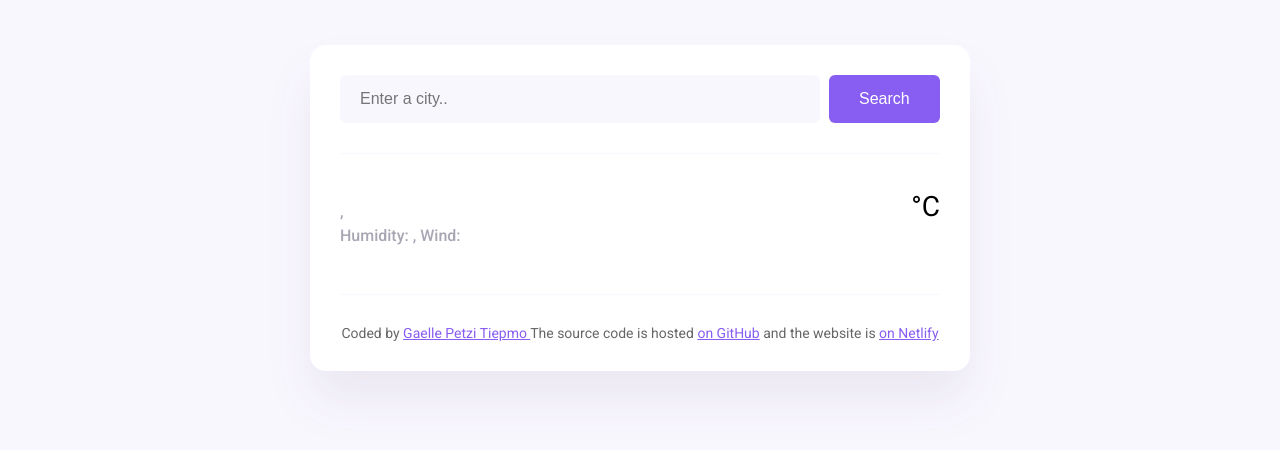
Repository: OnwardForward/meteo.by.gaelle
Page: meteo.appbygaelle.html
These files come from the project's save history. The page is drawn as it stood at one moment and after the next save; the edit follows.
The browser window is 1280 px wide. The pictures show the whole page.
The page's requests for data from a server got no answer. Some web libraries are served in a nearby version.

Above is the page before, as saved 2024-04-22 18:48:56.
Console error (its wording comes from the project's code and is left out).

After the next save:
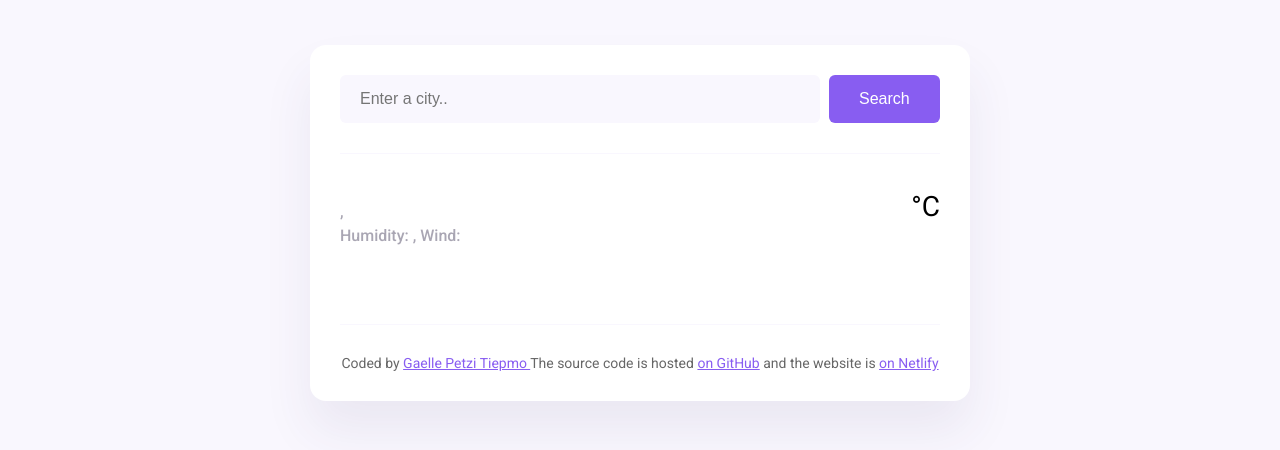
Saved 2 min 41 s later.
--- a/src/styles.css
+++ b/src/styles.css
@@ -86,6 +86,39 @@ main {
   font-size: 28px;
 }
 
+
+.weather-forecast {
+  display: flex;
+  justify-content: space-around;
+  margin-top: 30px;
+}
+
+.weather-forecast-date {
+  text-align: center;
+  color: rgba(39, 33, 66, 0.4);
+  font-size: 16px;
+  line-height: 20px;
+  margin-bottom: 10px;
+}
+
+.weather-forecast-icon {
+  width: 88px;
+  height: 88px;
+  display: block;
+  margin: 0 auto;
+}
+.weather-forecast-temperatures {
+  text-align: center;
+  color: #f65282;
+  margin-top: 10px;
+  display: flex;
+  justify-content: center;
+}
+
+.weather-forecast-temperature {
+  padding: 0 10px;
+}
+
 footer {
   border-top: 1px solid #f9f7fe;
   padding: 30px 0 0 0;
